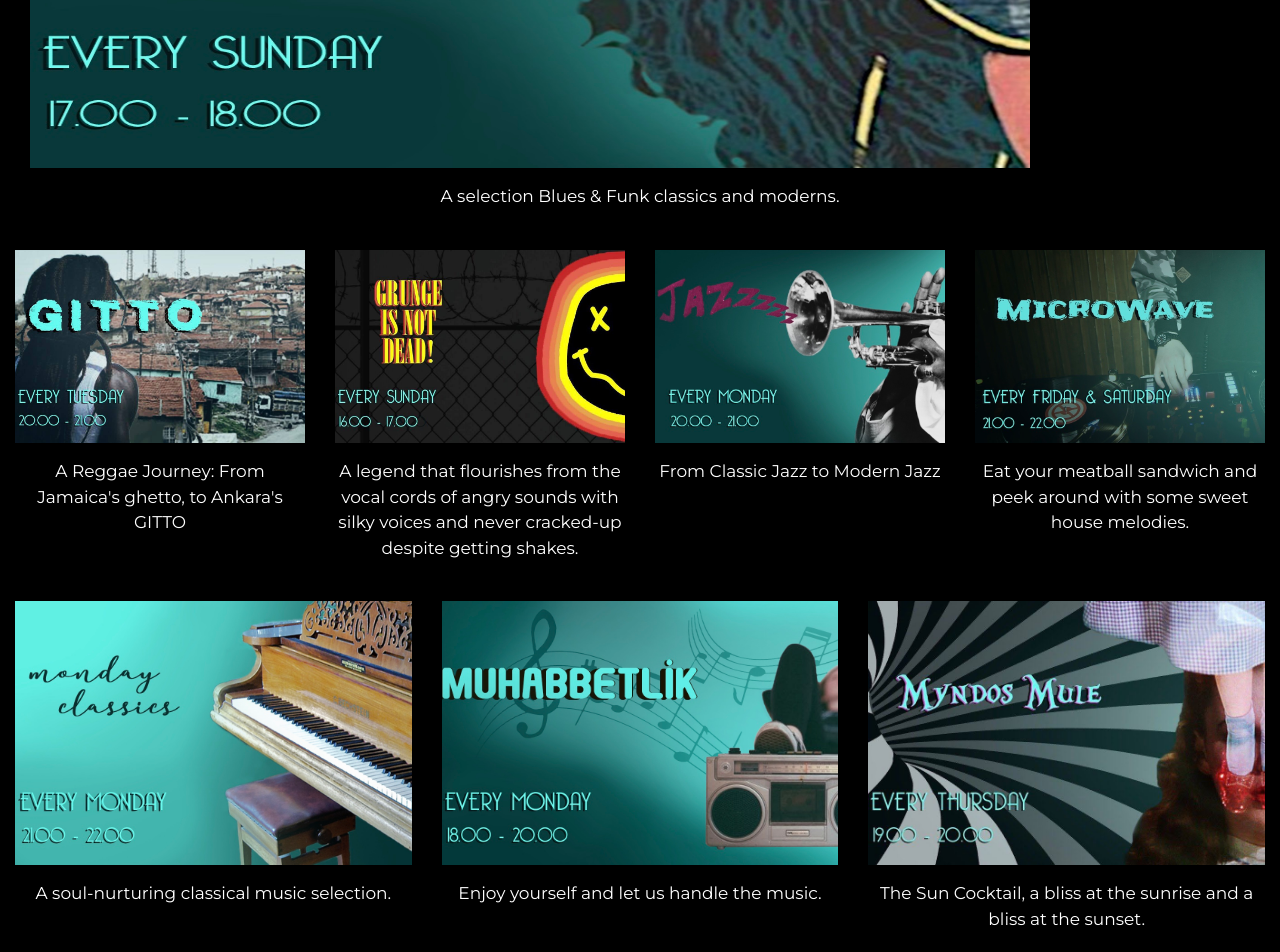
Repository: kaanistemi/Radyo-Denemeleri
Page: program.html
The author's editor kept a record of every edit. The page is drawn from the files as they stood at one moment, then again after the next edit.
The browser window is 1280 px wide. The pictures show the part of the page from y = 1491 to 2443 px (the page is 3613 px tall).
A picture or video elsewhere on the page could not be fetched, so the positions and the page height are approximate. Some web libraries are served in a nearby version.

Above is the page before.

### program.html
<html lang="en">

<head>
    <meta charset="UTF-8">
    <title>Radio Racoon</title>
    <meta name="viewport" content="width=device-width,initial-scale=1,maximum-scale=1,user-scalable=no">
    <meta http-equiv="X-UA-Compatible" content="IE=edge,chrome=1">
    <meta name="HandheldFriendly" content="true">
    <link href="https://fonts.googleapis.com/css2?family=Anonymous+Pro&family=Marck+Script&display=swap" rel="stylesheet">
    <link href="https://fonts.googleapis.com/css2?family=Marck+Script&display=swap" rel="stylesheet">
    <link href="https://fonts.googleapis.com/css2?family=Kanit:wght@500&display=swap" rel="stylesheet">
    <link href="https://fonts.googleapis.com/css2?family=Anton&display=swap" rel="stylesheet">
    <link href="https://fonts.googleapis.com/css2?family=Alfa+Slab+One&display=swap" rel="stylesheet">
    <link href="https://fonts.googleapis.com/css2?family=Acme&family=Montserrat&display=swap" rel="stylesheet">
    <link href="https://fonts.googleapis.com/css2?family=Montserrat&display=swap" rel="stylesheet">
    <link href="https://fonts.googleapis.com/css2?family=Righteous&display=swap" rel="stylesheet">
    <link rel="icon" href="assets/images/LOGOSON2.png">
    <link href="https://fonts.googleapis.com/css2?family=Fredoka+One&family=Permanent+Marker&display=swap" rel="stylesheet">
    <link rel="stylesheet" href="https://maxcdn.bootstrapcdn.com/bootstrap/4.3.1/css/bootstrap.min.css" type="text/css" />
    <link rel="stylesheet" href="https://maxcdn.bootstrapcdn.com/font-awesome/4.7.0/css/font-awesome.min.css" type="text/css" />
    <link rel="stylesheet" href="https://cdnjs.cloudflare.com/ajax/libs/hover.css/2.1.1/css/hover-min.css" type="text/css" />
    <link rel="stylesheet" type="text/css" href="assets/css/style.css">

    <script src="https://cdn.jsdelivr.net/gh/greghub/assets/js/radio.min.js"></script>
    <style>
        body {
            background: #000000;
        }

        table {
            border-collapse: collapse;
            width: 100%;
            text-align: center;
        }

        th,
        td {

            padding: 12px;
        }
    </style>
</head>

<body>

    <nav class="navbar navbar-expand-lg navbar-light bg-custom">
        <a class="navbar-brand" href="index.html">
            <img src=assets/images/LOGOSON2.png alt="Istanbul1" class="logo-circle" height=60 width=60><span class="logo-text"> Radio Racoon</span>
            <div class="icons">

            </div>
        </a>


        <button class="navbar-toggler" type="button" data-toggle="collapse" data-target="#navbarNav" aria-controls="navbarNav" aria-expanded="false" aria-label="Toggle navigation">
            <span class="navbar-toggler-icon"></span>
        </button>


        <div class="collapse navbar-collapse justify-content-center " id="navbarNav">

            <ul class="navbar-nav ml-auto ">

                <li class="nav-item active">
                    <a class="nav-link" href="ekip.html">
                        <p class="white-text">Team</p><span class="sr-only">(current)</span></a>
                </li>
                <li class="nav-item active">
                    <a class="nav-link" href="program.html">
                        <p class="white-text">Program</p><span class="sr-only">(current)</span></a>
                </li>
                <li class="nav-item active ">
                    <a class="nav-link" href="iletisim.html">
                        <p class="white-text">Contact</p><span class="sr-only">(current)</span></a>
                </li>

            </ul>


        </div>


    </nav>

    <center class="week-event mt-5">
        <p><strong>ALL KINDS OF MUSIC</strong></p>
    </center>

    <div class="container-fluid">
        <div class="row">

            <div class="col-sm">
                <img class="img-responsive program" src=assets/images/arkada_3e2.jpg alt="arkada">
                <center>
                    <p class="all-white mt-3">Here is some alternative Turkish music for you</p>
                </center>
            </div>

            <div class="col-sm">
                <img class="img-responsive program" src=assets/images/bizimkiler_20_21.jpg alt="bizimkiler">
                <center>
                    <p class="all-white mt-3">Here is some alternative Turkish music for you</p>
                </center>
            </div>
            <div class="col-sm">
                <img class="img-responsive program" src=assets/images/chilli_boom_Program_program.jpg alt="chill">
                <center>
                    <p class="all-white mt-3">Minimal dark house with chill tunes!</p>
                </center>
            </div>

        </div>
    </div>


    <div class="container-fluid">
        <div class="row">

            <div class="col-sm">
                <img class="img-responsive program" src=assets/images/darkbasementprog.png alt="basement">
                <center>
                    <p class="all-white mt-3">Adult techno on dark basement floor </p>
                </center>
            </div <div class="col-sm">
            <img class="img-responsive program" src=assets/images/different-new-program.JPG alt="africa">
            <center>
                <p class="all-white mt-3">Here you can find Afro House Rythms with rich that makes you wiggle. </p>
            </center>
        </div>
        <div class="col-sm">
            <img class="img-responsive program" src=assets/images/FunkySoul_Program_1600x700t.jpg alt="funky">
            <center>
                <p class="all-white mt-3">A selection Blues & Funk classics and moderns.</p>
            </center>
        </div>

    </div>
    </div>




    <div class="container-fluid">
        <div class="row">

            <div class="col-sm">
                <img class="img-responsive program" src=assets/images/gittoprogram.jpg alt="funky">
                <center>
                    <p class="all-white mt-3">A Reggae Journey: From Jamaica's ghetto, to Ankara's GITTO</p>
                </center>
            </div>

            <div class="col-sm">
                <img class="img-responsive program" src=assets/images/grungeprogram.jpg alt="alter">
                <center>
                    <p class="all-white mt-3">A legend that flourishes from the vocal cords of angry sounds with silky voices and never cracked-up despite getting shakes.</p>
                </center>
            </div>
            <div class="col-sm">
                <img class="img-responsive program" src=assets/images/jazzz_20_21.JPG alt="alter">
                <center>
                    <p class="all-white mt-3">From Classic Jazz to Modern Jazz </p>
                </center>
            </div>
            <div class="col-sm">
                <img class="img-responsive program" src=assets/images/Microwave_Program_32_deneme12.JPG alt="microwave">
                <center>
                    <p class="all-white mt-3">Eat your meatball sandwich and peek around with some sweet house melodies.</p>
                </center>
            </div>
        </div>
    </div>

    <div class="container-fluid">
        <div class="row">
            <div class="col-sm">
                <img class="img-responsive program" src=assets/images/classics_21_22.jpg alt="classic">
                <center>
                    <p class="all-white mt-3">A soul-nurturing classical music selection. </p>
                </center>
            </div>
            <div class="col-sm">
                <img class="img-responsive program" src=assets/images/muhabbetlik_18_20.jpg alt="muhabbetlik">
                <center>
                    <p class="all-white mt-3">Enjoy yourself and let us handle the music. </p>
                </center>
            </div>
            <div class="col-sm">
                <img class="img-responsive program" src=assets/images/eceprogram.jpg alt="pazar">
                <center>
                    <p class="all-white mt-3">The Sun Cocktail, a bliss at the sunrise and a bliss at the sunset.</p>
                </center>
            </div>
        </div>
    </div>

    <div class="container-fluid">
        <div class="row">
            <div class="col-sm">
                <img class="img-responsive program" src=assets/images/pazar_sarkıları_Program_1600x700t.JPG alt="pazar">
                <center>
                    <p class="all-white mt-3">For your Sunday comedown or eternal peace, two doses before the week. </p>
                </center>
            </div>
            <div class="col-sm">
                <img class="img-responsive program" src=assets/images/rakı_21_23.JPG alt="rakisiklim">
                <center>
                    <p class="all-white mt-3">Fresher the raki, fresher the pain. ..</p>
                </center>
            </div>
            <div class="col-sm">
                <img class="img-responsive program" src=assets/images/saturday-fever-program.JPG alt="serial">
                <center>
                    <p class="all-white mt-3">Feel the energy of Saturday night with house and tech house vibes!</p>
                </center>
            </div>
        </div>
    </div>

    <div class="container-fluid">
        <div class="row">

            <div class="col-sm">
                <img class="img-responsive program" src=assets/images/serial_20_21.jpg alt="serial">
                <center>
                    <p class="all-white mt-3">From Glasgow underground to eternity..</p>
                </center>
            </div>
            <div class="col-sm">
                <img class="img-responsive program" src=assets/images/southern_21_22.jpg alt="pipeline">
                <center>
                    <p class="all-white mt-3">Activating our inner medium according to the week’s flow. </p>
                </center>
            </div>

            <div class="col-sm">
                <center>
                    <img class="img-responsive program" src=assets/images/trap19_20.jpg alt="t-rapp">
                    <p class="all-white mt-3"> Old, new, slow, fast, crazy! The best Turkish rap songs ever are on this list. </p>
                </center>
            </div>



        </div>
    </div>
    <div class="container-fluid">
        <div class="row">

            <div class="col-sm-4">
                <center>
                    <img class="img-responsive program" src=assets/images/UND2.jpg alt="und">
                    <p class="all-white mt-3">Brace yourselves for turbulences; UnduLATE will take you on a trip full of loops, swirls, rolling bass and acid lines!</p>
                </center>
            </div>


            <div class="col-sm-4">
                <center>
                    <img class="img-responsive program" src=assets/images/Warm_Up_Program_1600x700t.JPG alt="t-rap">
                    <p class="all-white mt-3">Heating you up with dance to the darkest and the coldest time of the night.</p>
                </center>
            </div>


        </div>
    </div>




    <script src="https://code.jquery.com/jquery-3.3.1.slim.min.js" integrity="sha384-q8i/X+965DzO0rT7abK41JStQIAqVgRVzpbzo5smXKp4YfRvH+8abtTE1Pi6jizo" crossorigin="anonymous"></script>
    <script src="https://cdnjs.cloudflare.com/ajax/libs/popper.js/1.14.7/umd/popper.min.js" integrity="sha384-UO2eT0CpHqdSJQ6hJty5KVphtPhzWj9WO1clHTMGa3JDZwrnQq4sF86dIHNDz0W1" crossorigin="anonymous"></script>
    <script src="https://stackpath.bootstrapcdn.com/bootstrap/4.3.1/js/bootstrap.min.js" integrity="sha384-JjSmVgyd0p3pXB1rRibZUAYoIIy6OrQ6VrjIEaFf/nJGzIxFDsf4x0xIM+B07jRM" crossorigin="anonymous"></script>
</body>

</html>

### assets/css/style.css
.artist-info {
  background-color: #000000
}

.more-info {
  position: relative;
  top: 15px;
  color: #66FCF1
}

.white-text {
  color: #fff;
  margin: 0 0 3px 0;
  font-family: 'Righteous', cursive;
  font-size: 20px;



}

.navbar-toggler-icon {
  background-color: #66FCF1
}


.blue-text {
  margin-bottom: 5px;
  color: #66FCF1;
  font-size: 30px;
  font-family: 'Alfa Slab One', cursive;

}






.navbar-light a:hover {
  opacity: 0.9;
  position: relative;
  z-index: 1;
  color: #fff;
}



.navbar-light ul li a:hover {
  display: inline-table;
  background-color: #66FCF1;
  transition: 1.2s;
  border: 1px #66FCF1;
  border-radius: 3.5px;
  font-size: 120%;
  transition-duration: 1.5s;
}


li {
  margin-right: 60px;
}

.today-event {
  color: #66FCF1;
  margin-top: 0px;
  margin-left: 4px;
  font-family: 'Anton', sans-serif;
  font-size: 70px;
}

.img-responsive {
  margin-top: 24px
}

.fa-twitter {
  background: #0B0B0B;
  color: #66FCF1;
  padding: 10px;
  font-size: 30px;
  width: 40px;
  text-decoration: none;
  border-radius: 50%;


}

.fa-instagram {
  background: #0B0B0B;
  color: #66FCF1;
  padding: 10px;
  font-size: 30px;
  width: 40px;

  text-decoration: none;
  border-radius: 50%;

}

.fa-soundcloud {
  background: #0B0B0B;
  color: #66FCF1;
  padding: 10px;
  font-size: 30px;
  width: 40px;

  text-decoration: none;
  border-radius: 50%;

}


.week-event {
  font-family: 'Kanit', sans-serif;
  color: #66FCF1;
  font-size: 65px;
  margin-top: 90px;
}





.rounded-circle {
  border: 3px solid white;
}

.all-white {
  color: #fff;
  font-family: 'Montserrat', sans-serif;
  font-size: 17px;
}

.all-blue {
  color: #66FCF1;
  font-family: 'Anton', sans-serif;

}

.about-us {
  background-color: #0B0B0B;
}


.img-responsive {
  max-width: 1000px;
  min-height: 400px;
  max-height: 550px;
}

.bg-custom {
  background-color: #0B0B0B
}

.more-info {
  font-family: 'Alfa Slab One', cursive;
  word-spacing: 4px;
  color: #66FCF1;
  margin-top: 40px;
  font-size: 25px;
}

.day-blue {
  color: #66FCF1;
  font-size: 30px;
  margin-top: 30px;
  font-family: 'Kanit', sans-serif;
  margin-right:30px;
}




@media screen and (min-width: 630px) {
  .rounded-circle {


  }
}


@media screen and (max-width: 631px) {
  .rounded-circle {
    width: 50px;
    height:50px;
  }
}

@media screen and (max-width: 376px) {
  .rounded-circle {
    width: 40px;
    height:40px;
  }
}

@media screen and (min-width: 630px) {
  .day-blue {
    font-size: 30px;
    margin-right:30px;
  }
}


@media screen and (max-width: 631px) {
  .day-blue {
    font-size: 13px;
    line-height: 1px;
  }
}

@media screen and (max-width: 376px) {
  .day-blue {
    font-size: 11px;
    line-height: 1px;
  }
}

.artist-name {
  color: white;
  font-size: 20px;
  font-family: 'Montserrat', sans-serif;

}

@media screen and (min-width: 630px) {
  .artist-name {
    font-size: 20px;
  }
}


@media screen and (max-width: 631px) {
  .artist-name {
    font-size: 12px;
  }
}

@media screen and (max-width: 376px) {
  .artist-name {
    font-size: 9px;
  }
}

.table-dark {
  background-color: #000000;


}

@media screen and (min-width: 630px) {
  .week-event {
    font-size: 65px;
  }
}


@media screen and (max-width: 631px) {
  .week-event {
    font-size: 35px;
  }
}



.uppercase {
  color: #66FCF1;
  font-family: 'Kanit', sans-serif;
  font-size: 60px;
}

@media screen and (min-width: 630px) {
  .uppercase {
    font-size: 60px;
  }
}


@media screen and (max-width: 631px) {
  .uppercase {
    font-size: 33px;
  }
}

.btn {
  background-color: #66FCF1;
}

@media screen and (min-width: 630px) {
  .all-white {
    font-size: 17px;
  }
}


@media screen and (max-width: 631px) {
  .all-white {
    font-size: 15px;
  }
}

.img-thumbnail {
  max-height: 600px;
  min-height: 200px;
  width: 750px
}

.program {
  width: 100%;
  min-height: 150px;
  max-height: 480px;
}


.program {
  position: relative;
  -webkit-transform: scale(1);
  -ms-transform: scale(1);
  -moz-transform: scale(1);
  transition: all .3s ease-in;
  -moz-transition: all .3s ease-in;
  -webkit-transition: all .3s ease-in;
  -ms-transition: all .3s ease-in;
}

.program:hover {
  z-index: 2;
  -webkit-transform: scale(1.1);
  -ms-transform: scale(1.1);
  -moz-transform: scale(1.1);
  transform: scale(1.1);
}

.ekip-white {
  color: #fff;
  font-family: 'Montserrat', sans-serif;
  font-size: 25px;

}

@media screen and (min-width: 630px) {
  .ekip-white {
    font-size: 25px;
  }
}


@media screen and (max-width: 631px) {
  .ekip-white {
    font-size: 18px;
  }
}

.ekip-instagram {
  background: #000000;
  color: #66FCF1;
  padding: 10px;
  font-size: 30px;
  width: 40px;

  text-decoration: none;
  border-radius: 50%;
}

.iletisim-text {
  color: #66FCF1;
}

.iletisim-text:link {
  color: #66FCF1;
  background-color: transparent;
  text-decoration: underline;
}

.fixed-bottom {
  padding: 0px;
}



.d-block {
  height: 72%;
  width: 100%;

}



.program-2 {
  width: 100%;
  max-width: 450px;
  min-height: 150px;
  max-height: 415px;

}

.program-2 {
  position: relative;
  -webkit-transform: scale(1);
  -ms-transform: scale(1);
  -moz-transform: scale(1);
  transition: all .3s ease-in;
  -moz-transition: all .3s ease-in;
  -webkit-transition: all .3s ease-in;
  -ms-transition: all .3s ease-in;
}

.program-2:hover {
  z-index: 2;
  -webkit-transform: scale(1.1);
  -ms-transform: scale(1.1);
  -moz-transform: scale(1.1);
  transform: scale(1.1);
}

.artist-name:hover {
  color: #ffffff;
}

.all-white-2 {
  color: #fff;
  font-family: 'Montserrat', sans-serif;
  font-size: 17px;
  margin-left: 98px;
  margin-right: 98px;
}

@media screen and (min-width: 1050px) {
  .all-white-2 {
    margin-left: 98px;
    margin-right: 98px;
    font-size: 17px;
  }
}


@media screen and (max-width: 1051px) {
  .all-white-2 {
    margin-left: 0px;
    margin-right: 0px;
    font-size: 15px;
  }
}

.all-white-3 {
  color: #fff;
  font-family: 'Montserrat', sans-serif;
  font-size: 16px;
}

@media screen and (min-width: 630px) {
  .all-white-3 {
    font-size: 16px;
  }
}


@media screen and (max-width: 631px) {
  .all-white-3 {
    font-size: 14px;
  }
}

.time {
  margin-top: 50px;
}

.artist-name-2 {
  color: white;
  font-size: 20px;

}

@media screen and (min-width: 630px) {
  .artist-name-2 {
    font-size: 20px;

  }
}


@media screen and (max-width: 631px) {
  .artist-name-2 {
    font-size: 12px;

  }
}
@media screen and (max-width: 376px) {
  .artist-name-2 {
    font-size: 9px;
  }
}

@media screen and (min-width: 630px) {
  .week-event {
    margin-top: 90px;

  }
}


@media screen and (max-width: 631px) {
  .week-event {
    margin-top: 50px;

  }
}

@media only screen and (max-width: 600px) {

  .d-block {
    width: 100%;
    height: 70%;
    margin: 0;
    padding: 0;
  }
}

.about-us {
  margin-bottom: 140px;
}

@media only screen and (max-width: 730px) {

  .artist-info {
    display: none;
  }
}


@media screen and (min-width: 630px) {
  .weekly {
    margin-right: 15px;
  }
}


@media screen and (max-width: 631px) {
  .weekly {}
}

.logo-text {
  font-family: 'Kanit', sans-serif;
  color: white;
  font-size: 31px;
  margin-top: 15px;
  position: relative;
  top: 5px;
  left: 0px;

}

.logo-circle {
  margin-left: 5px;

}


@media screen and (min-width: 630px) {
  .logo-text {
    font-size: 31px;
    top: 5px;
  }
}


@media screen and (max-width: 631px) {
  .logo-text {
    font-size: 18px;
    top: 0px;
  }
}

@media screen and (min-width: 630px) {
  .logo-circle {
    width: 60px;
    height: 60px;
    margin-left: 5px;
  }
}


@media screen and (max-width: 631px) {
  .logo-circle {
    width: 48px;
    height: 48px;
    margin-left: 0px;

  }
}

.ekip-white-3 {
  color: #fff;
  font-family: 'Montserrat', sans-serif;
  font-size: 22px;
}

@media screen and (min-width: 630px) {
  .ekip-white-3 {
    font-size: 22px;
  }
}


@media screen and (max-width: 631px) {
  .ekip-white-3 {
    font-size: 18px;
  }
}





.text-center {
  margin: 0px;
  padding: 0px;
}



.table {
  border-collapse: collapse;
  width: 100%;
  text-align: center;
  table-layout:fixed

}


.day-blue-2 {
  color: #66FCF1;
  font-size: 30px;
  margin-top: 30px;
  font-family: 'Kanit', sans-serif;
  margin-right:30px;
}



@media screen and (min-width: 630px) {
  .day-blue-2 {
    font-size: 30px;
    margin-right:30px;
  }
}


@media screen and (max-width: 631px) {
  .day-blue-2 {
    font-size: 13px;


}
}

@media screen and (max-width: 376px) {
  .day-blue-2 {
    font-size: 11px;
  }
}

@media screen and (min-width: 630px) {
.rounded-circle {
  border: 3px solid white;
}
}


@media screen and (max-width: 631px) {
.rounded-circle {
  border: 2px solid white;

}
}

After the next edit:
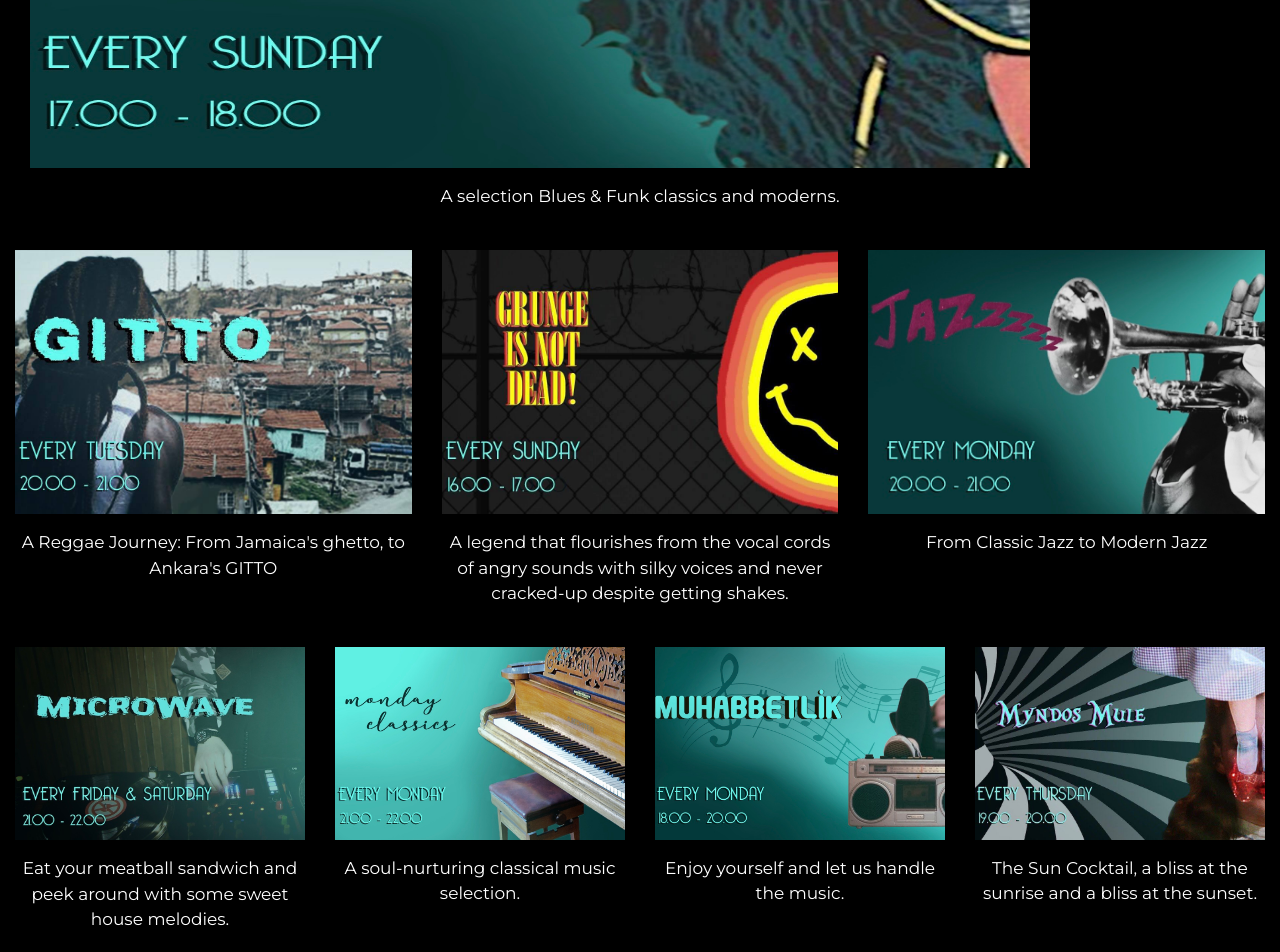
The edit:
--- a/program.html
+++ b/program.html
@@ -162,17 +162,18 @@
                     <p class="all-white mt-3">From Classic Jazz to Modern Jazz </p>
                 </center>
             </div>
+
+        </div>
+    </div>
+
+    <div class="container-fluid">
+        <div class="row">
             <div class="col-sm">
                 <img class="img-responsive program" src=assets/images/Microwave_Program_32_deneme12.JPG alt="microwave">
                 <center>
                     <p class="all-white mt-3">Eat your meatball sandwich and peek around with some sweet house melodies.</p>
                 </center>
             </div>
-        </div>
-    </div>
-
-    <div class="container-fluid">
-        <div class="row">
             <div class="col-sm">
                 <img class="img-responsive program" src=assets/images/classics_21_22.jpg alt="classic">
                 <center>
